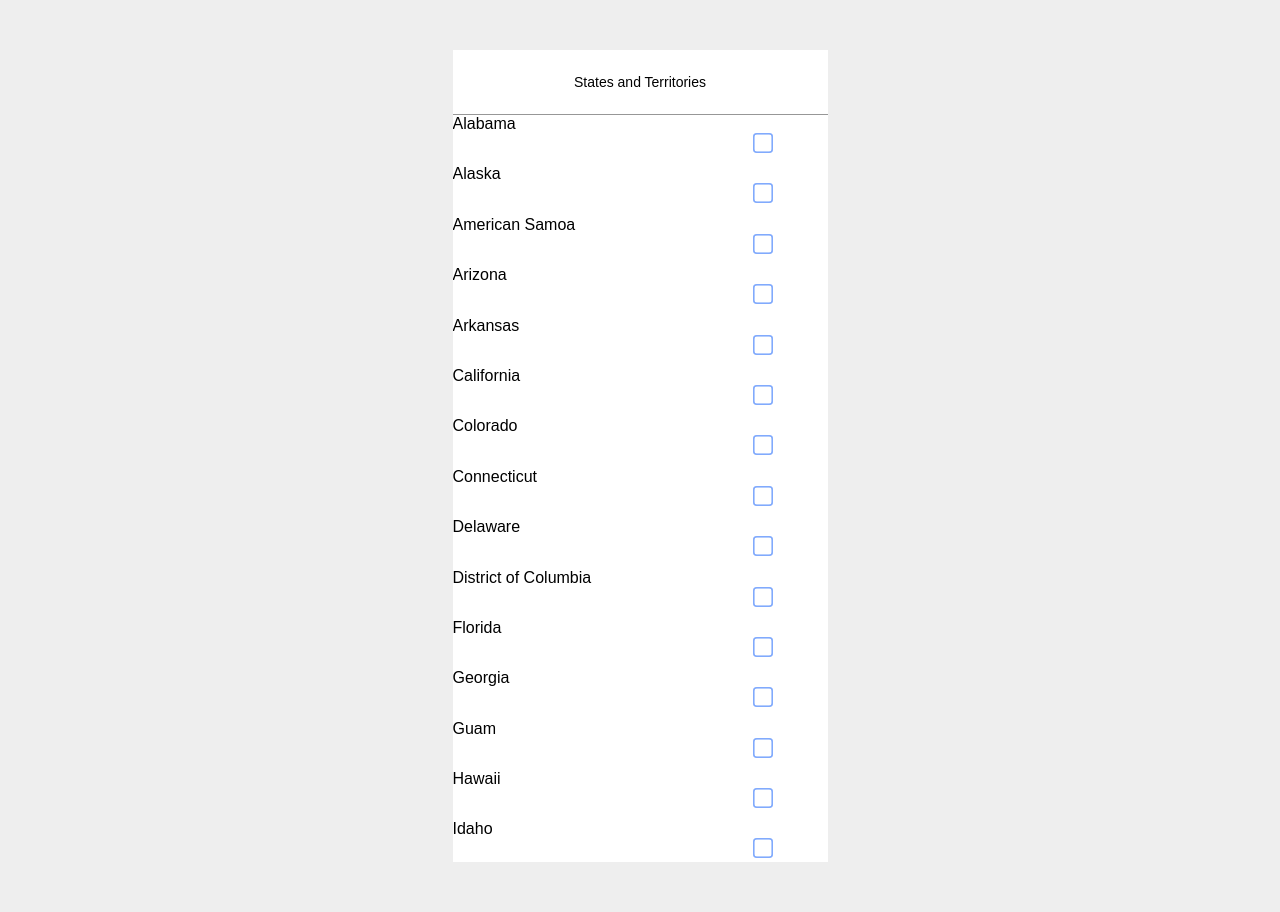
Repository: zitac234/codingTest
Page: /
An editor plug-in stored every save of this project. The page is shown before and after a run of saves, followed by the edit.
The browser window is 1280 px wide. The pictures show the whole page.
The project was rebuilt for these pictures with package versions that can differ from the ones it lists, and the page was loaded fresh each time.

Above is the page before, as saved 2021-03-31 15:19:00.

After the next 2 saves:
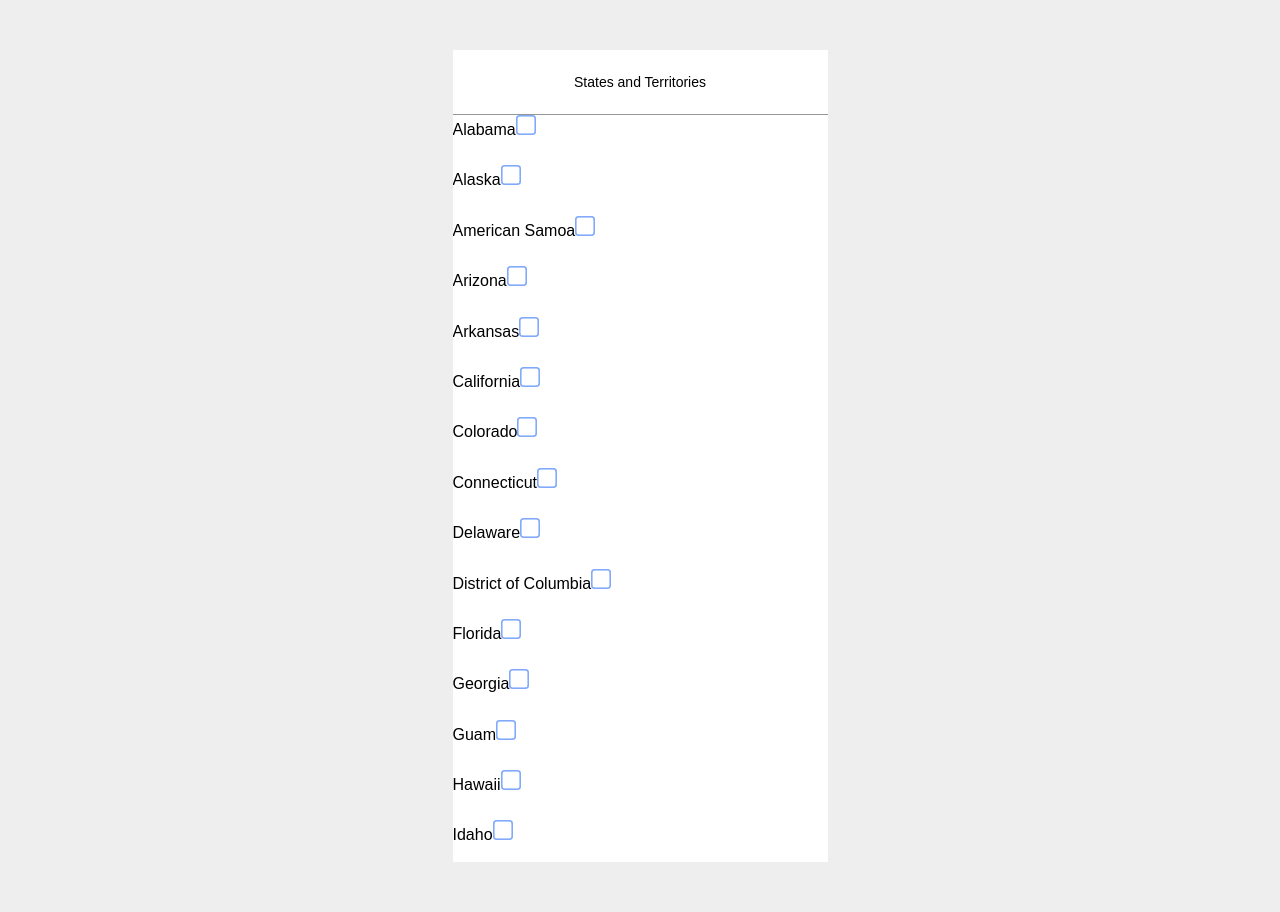
The 2 saves are shown as one change because they came seconds apart.
The last was saved 7 s later.
--- a/src/List.js
+++ b/src/List.js
@@ -7,7 +7,7 @@ export function List(props) {
       {props.items.map((item) => (
         <Fragment key={item}>
           <div className='line'>
-            {item}<div className='checkbox'><Checkbox/></div><br />
+            {item}<Checkbox/><br />
           {/* You also have <Checkbox selected={false} /> */}
           </div>
           </Fragment>
